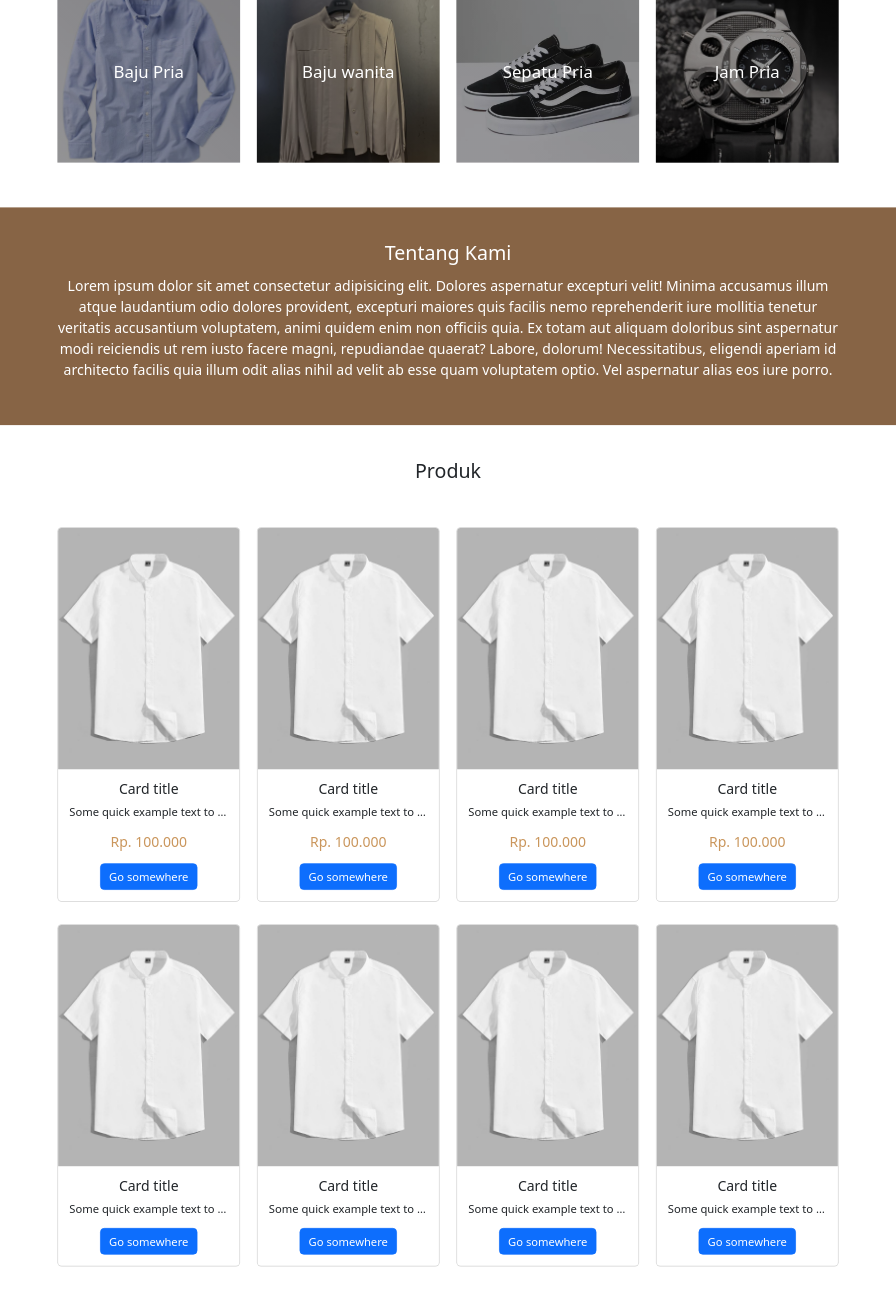
Repository: herman165/tugas_uas
Page: http://localhost/
These files come from the project's save history. The page is drawn as it stood at one moment and after a run of saves; the edit follows.
The browser window is 1280 px wide. The pictures show the part of the page from y = 795 to 2715 px (the page is 2669 px tall before and 2715 px after), at 70% of full size.
The page is run by PHP 8.4 with error messages shown; the project is at /var/www/html/.

Above is the page before, as saved 2024-12-10 01:48:17.

After the next 5 saves:
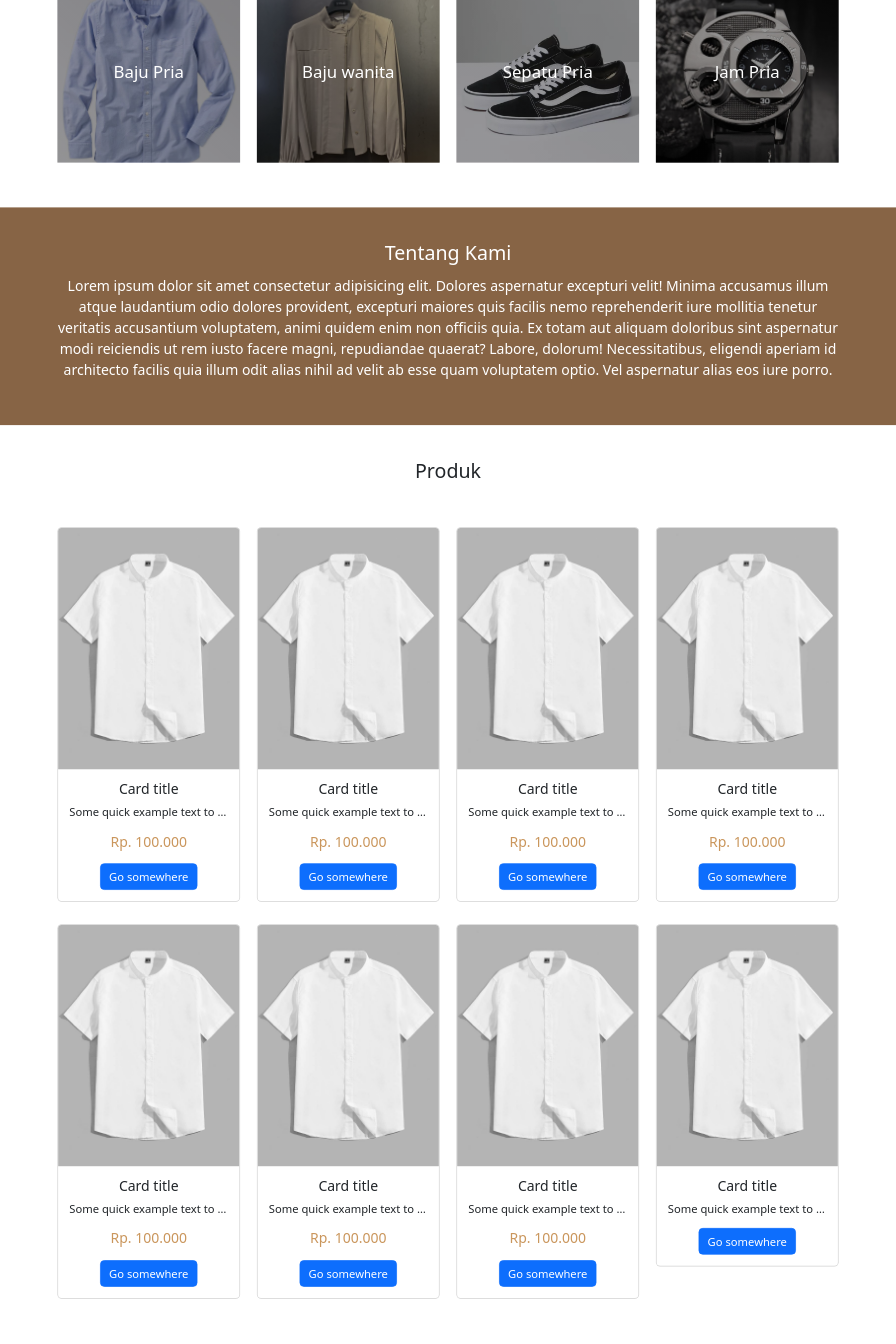
The 5 saves are shown as one change because they came seconds apart.
The last was saved 15 s later.
--- a/index.php
+++ b/index.php
@@ -122,7 +122,7 @@
                         <div class="card-body">
                             <h5 class="card-title">Card title</h5>
                             <p class="card-text text-truncate">Some quick example text to build on the card title and make up the bulk of the card's content.</p>
-
+                            <p class="card-text text-harga">Rp. 100.000</p>
                             <a href="#" class="btn btn-primary">Go somewhere</a>
                         </div>
                     </div>
@@ -133,6 +133,7 @@
                         <div class="card-body">
                             <h5 class="card-title">Card title</h5>
                             <p class="card-text text-truncate">Some quick example text to build on the card title and make up the bulk of the card's content.</p>
+                            <p class="card-text text-harga">Rp. 100.000</p>
                             <a href="#" class="btn btn-primary">Go somewhere</a>
                         </div>
                     </div>
@@ -143,6 +144,7 @@
                         <div class="card-body">
                             <h5 class="card-title">Card title</h5>
                             <p class="card-text text-truncate">Some quick example text to build on the card title and make up the bulk of the card's content.</p>
+                            <p class="card-text text-harga">Rp. 100.000</p>
                             <a href="#" class="btn btn-primary">Go somewhere</a>
                         </div>
                     </div>
